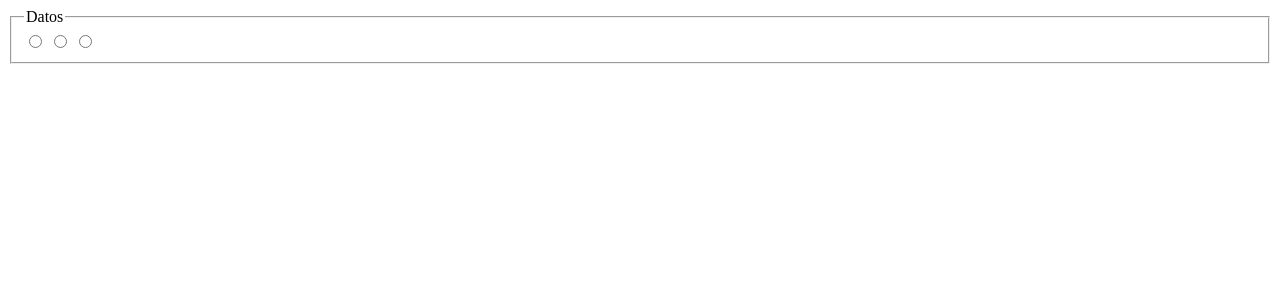
Repository: JaimeMarTal/JaimePHP
Page: http://localhost/ev1/t2/ej09/ej09_cliente.php
These files come from the project's save history. The page is drawn as it stood at one moment and after the next save; the edit follows.
The browser window is 1280 px wide. The pictures show the whole page.
The page is run by PHP 8.4 with error messages shown; the project is at /var/www/html/.

Above is the page before, as saved 2020-10-13 09:56:49.

### clase/ev1/t2/ej09/ej09_cliente.php
<form action="ej09_servidor" method="get">

<fieldset>
<legend>Datos</legend>
	<input type="radio" name="color" value="red">
	<input type="radio" name="color" value="green">
	<input type="radio" name="color" value="blue">
</fieldset>



</form>

After the next save:
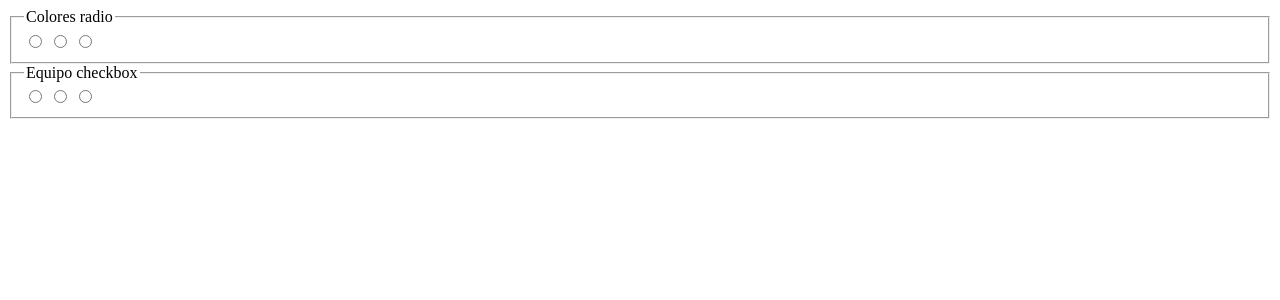
Saved 51 s later.
--- a/clase/ev1/t2/ej09/ej09_cliente.php
+++ b/clase/ev1/t2/ej09/ej09_cliente.php
@@ -1,7 +1,14 @@
 <form action="ej09_servidor" method="get">
 
 <fieldset>
-<legend>Datos</legend>
+<legend>Colores radio</legend>
+	<input type="radio" name="color" value="red">
+	<input type="radio" name="color" value="green">
+	<input type="radio" name="color" value="blue">
+</fieldset>
+
+<fieldset>
+<legend>Equipo checkbox</legend>
 	<input type="radio" name="color" value="red">
 	<input type="radio" name="color" value="green">
 	<input type="radio" name="color" value="blue">
